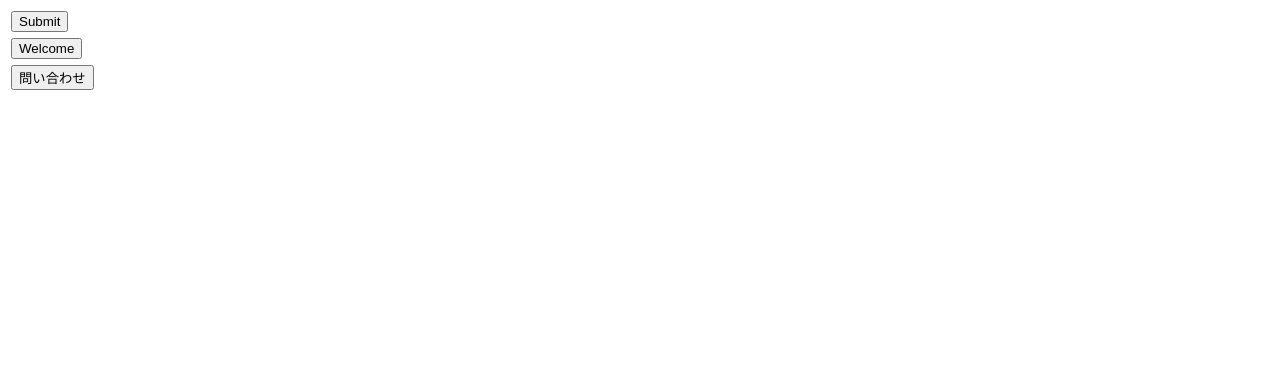
Repository: iuvfag/test
Page: http://localhost/WebProj/
These files come from the project's save history. The page is drawn as it stood at one moment and after the next save; the edit follows.
The browser window is 1280 px wide. The pictures show the whole page.
The page is served by Tomcat 9.

Above is the page before, as saved 2018-06-27 02:17:07.

After the next save:
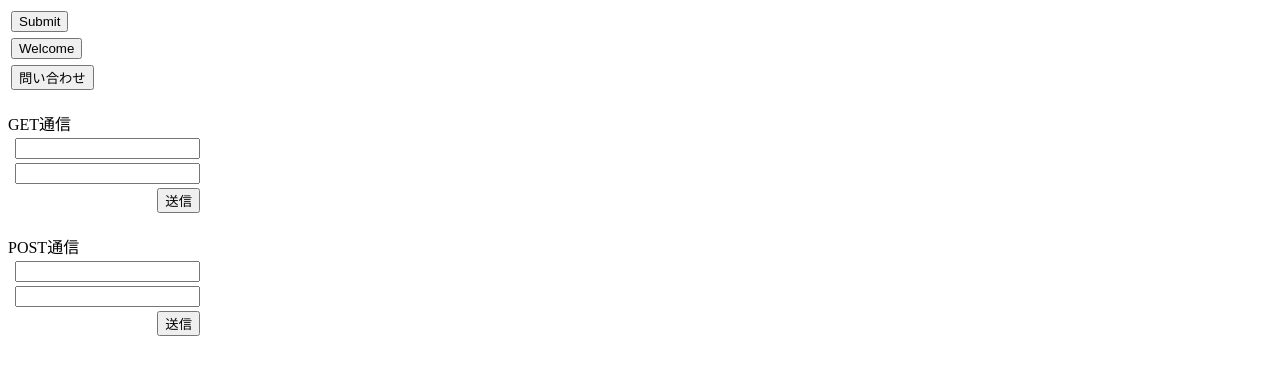
Saved 9 min 51 s later.
--- a/WebProj/WebContent/index.jsp
+++ b/WebProj/WebContent/index.jsp
@@ -21,5 +21,21 @@
 			<s:submit value="問い合わせ"/>
 		</s:form>
 
+		<br>
+		GET通信
+		<s:form method="get" action="TestAction">
+			<s:textfield name="username" />
+			<s:password name="password" />
+			<s:submit value="送信"/>
+		</s:form>
+
+		<br>
+		POST通信
+		<s:form method="post" action="TestAction">
+			<s:textfield name="username" />
+			<s:password name="password" />
+			<s:submit value="送信" />
+		</s:form>
+
 	</body>
 </html>
